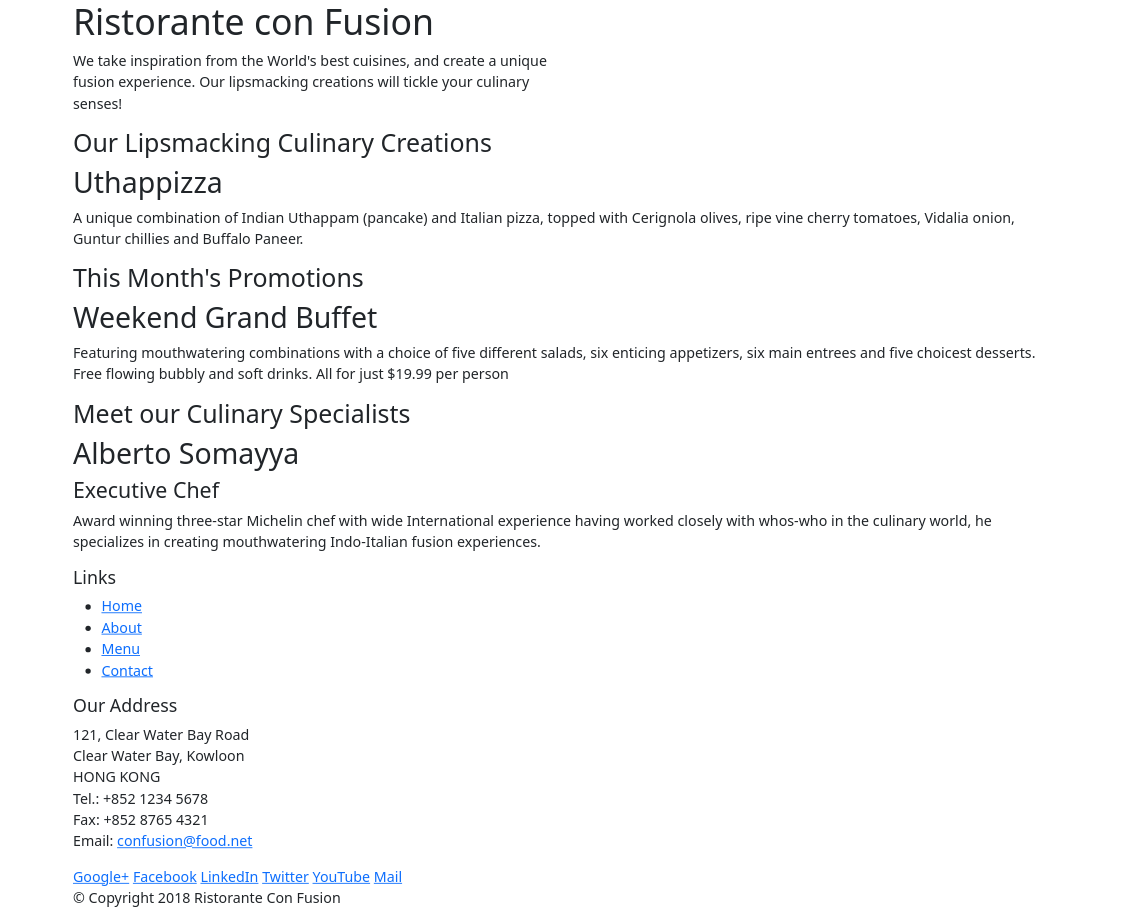
Repository: GiaBaooLe/Reactjs
Page: index.html
An editor plug-in stored every save of this project. The page is shown before and after the next save, followed by the edit.
The browser window is 1280 px wide. The pictures show the whole page, at 89% of full size.
Some web libraries are served in a nearby version.

Above is the page before, as saved 2023-09-12 13:54:21.

### index.html
<!DOCTYPE html>
<html lang="en">
  <head>

    <!-- Required meta tags always come first -->
    <meta charset="utf-8" />
    <meta
      name="viewport"
      content="width=device-width, initial-scale=1, shrink-to-fit=no"
    />
    <meta http-equiv="x-ua-compatible" content="ie=edge" />
    <!-- Bootstrap CSS -->
    <link
      rel="stylesheet"
      href="node_modules/bootstrap/dist/css/bootstrap.min.css"
    />

    <title>Ristorante Con Fusio</title>
  </head>

  <body>
    <header class="jumbotron">
        <div class="container">
            <div class="row">


          <div class="col-12 col-sm-6">
            <h1>Ristorante con Fusion</h1>
            <p>
              We take inspiration from the World's best cuisines, and create a
              unique fusion experience. Our lipsmacking creations will tickle
              your culinary senses!
            </p>
          </div>
          </div>
        </div>


    </div>
    </header>

    <div class="container">
        <div class="row">
      <div ="col-12 col-sm-4 col-md-3">
        <div>
          <h3>Our Lipsmacking Culinary Creations</h3>
        </div>
        <div>
          <h2>Uthappizza</h2>
          <p>
            A unique combination of Indian Uthappam (pancake) and Italian pizza,
            topped with Cerignola olives, ripe vine cherry tomatoes, Vidalia
            onion, Guntur chillies and Buffalo Paneer.
          </p>
        </div>
      </div>

    <div>
      <div>
        <div>
          <h3>This Month's Promotions</h3>
        </div>
        <div>
          <h2>Weekend Grand Buffet</h2>
          <p>
            Featuring mouthwatering combinations with a choice of five different
            salads, six enticing appetizers, six main entrees and five choicest
            desserts. Free flowing bubbly and soft drinks. All for just $19.99
            per person
          </p>
        </div>
      </div>

      <div>
        <div>
          <h3>Meet our Culinary Specialists</h3>
        </div>
        <div>
          <h2>Alberto Somayya</h2>
          <h4>Executive Chef</h4>
          <p>
            Award winning three-star Michelin chef with wide International
            experience having worked closely with whos-who in the culinary
            world, he specializes in creating mouthwatering Indo-Italian fusion
            experiences.
          </p>
        </div>
      </div>
    </div>
    </div>
</div>

    <footer>
      <div class="container">
        <div class="row">
          <div>
            <h5>Links</h5>
            <ul>
              <li><a href="#">Home</a></li>
              <li><a href="#">About</a></li>
              <li><a href="#">Menu</a></li>
              <li><a href="#">Contact</a></li>
            </ul>
          </div>
          <div>
            <h5>Our Address</h5>
            <address>
              121, Clear Water Bay Road<br />
              Clear Water Bay, Kowloon<br />
              HONG KONG<br />
              Tel.: +852 1234 5678<br />
              Fax: +852 8765 4321<br />
              Email: <a href="mailto:confusion@food.net">confusion@food.net</a>
            </address>
          </div>
          <div>
            <div>
              <a href="http://google.com/+">Google+</a>
              <a href="http://www.facebook.com/profile.php?id=">Facebook</a>
              <a href="http://www.linkedin.com/in/">LinkedIn</a>
              <a href="http://twitter.com/">Twitter</a>
              <a href="http://youtube.com/">YouTube</a>
              <a href="mailto:">Mail</a>
            </div>
          </div>
        </div>
        <div>
          <div>
            <p>© Copyright 2018 Ristorante Con Fusion</p>
          </div>
        </div>
      </div>
    </footer>
  </body>
  <script src="node_modules/jquery/dist/jquery.slim.min.js"></script>
  <script src="node_modules/popper.js/dist/umd/popper.min.js"></script>
  <script src="node_modules/bootstrap/dist/js/bootstrap.min.js"></script>
</html>

After the next save:
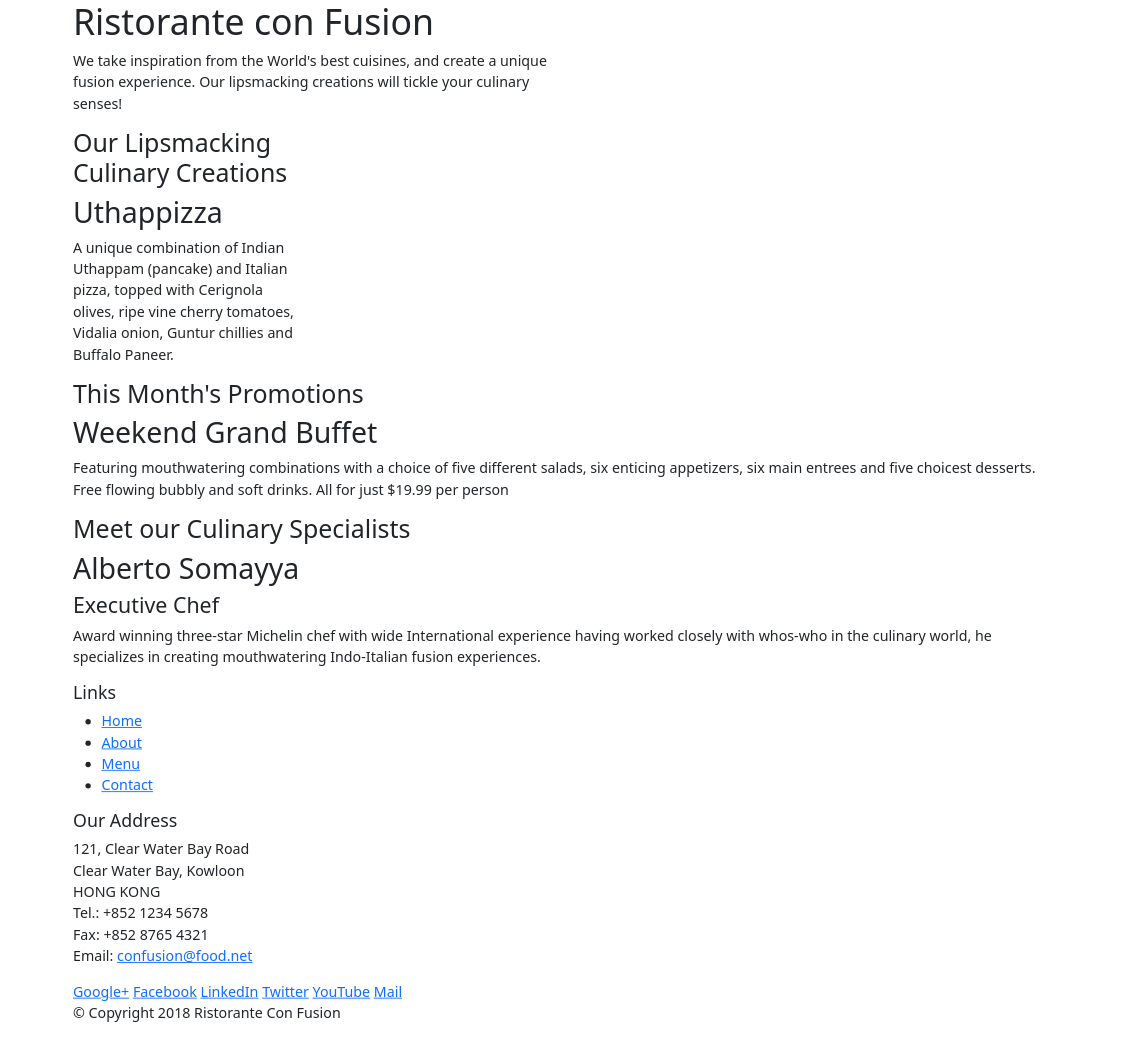
Saved 11 s later.
--- a/index.html
+++ b/index.html
@@ -41,7 +41,7 @@
 
     <div class="container">
         <div class="row">
-      <div ="col-12 col-sm-4 col-md-3">
+      <div class="col-12 col-sm-4 col-md-3">
         <div>
           <h3>Our Lipsmacking Culinary Creations</h3>
         </div>
